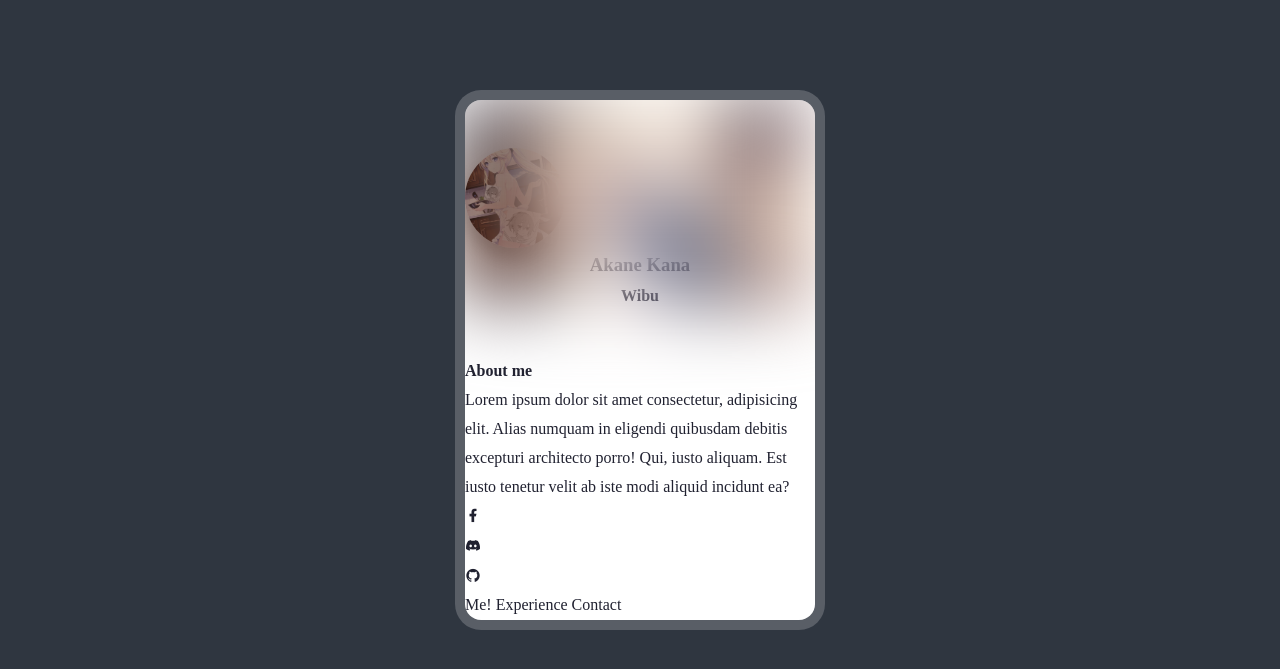
Repository: AkaneKana/AkaneKana
Page: index.html
The author's editor kept a copy of each file at every save. The page is drawn from the files as they stood at one save, then again after a run of saves.
The browser window is 1280 px wide. The pictures show the whole page.
Some web fonts or font styles are not loaded; a fallback is used. Some web libraries are served in a nearby version.

Above is the page before, as saved 2023-05-19 15:25:58.

After the next 3 saves:
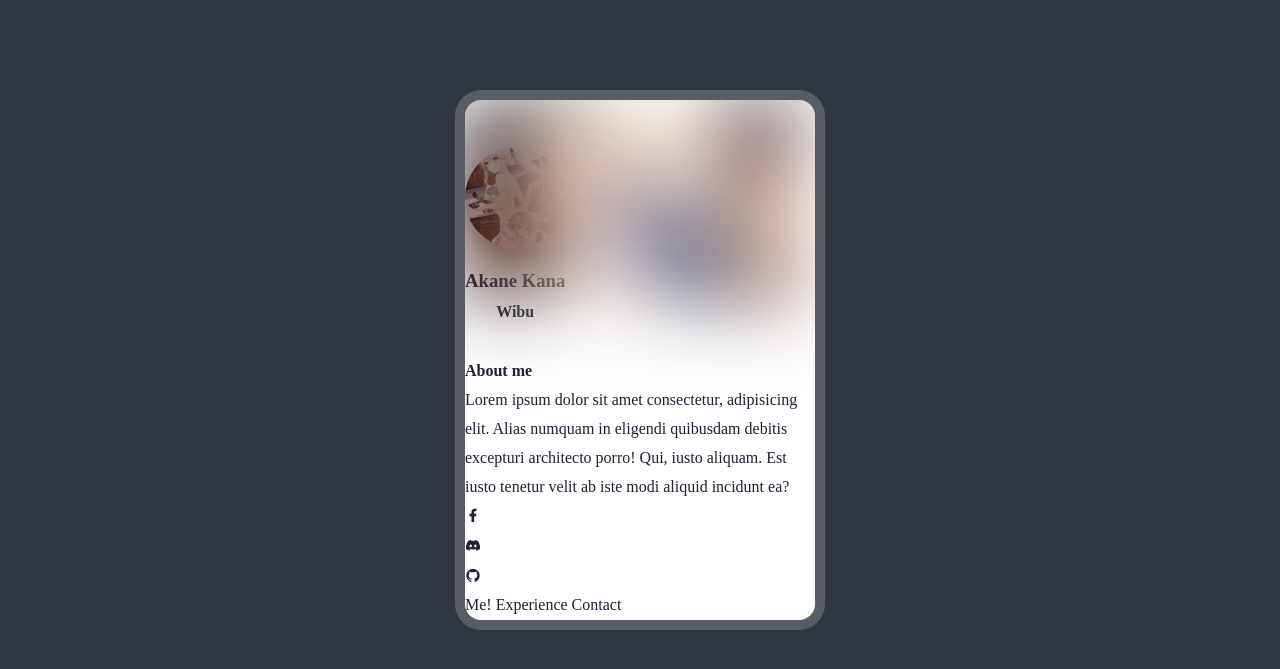
The 3 saves are shown as one change because they came seconds apart.
The last was saved 9 s later.
--- a/style.css
+++ b/style.css
@@ -84,7 +84,8 @@
 
 .card header .meta {
   text-align: center;
-  margin-top: lem;
+  margin-top: 1em;
+  width: max-content;
 }
 
 .card .thumbnail {
